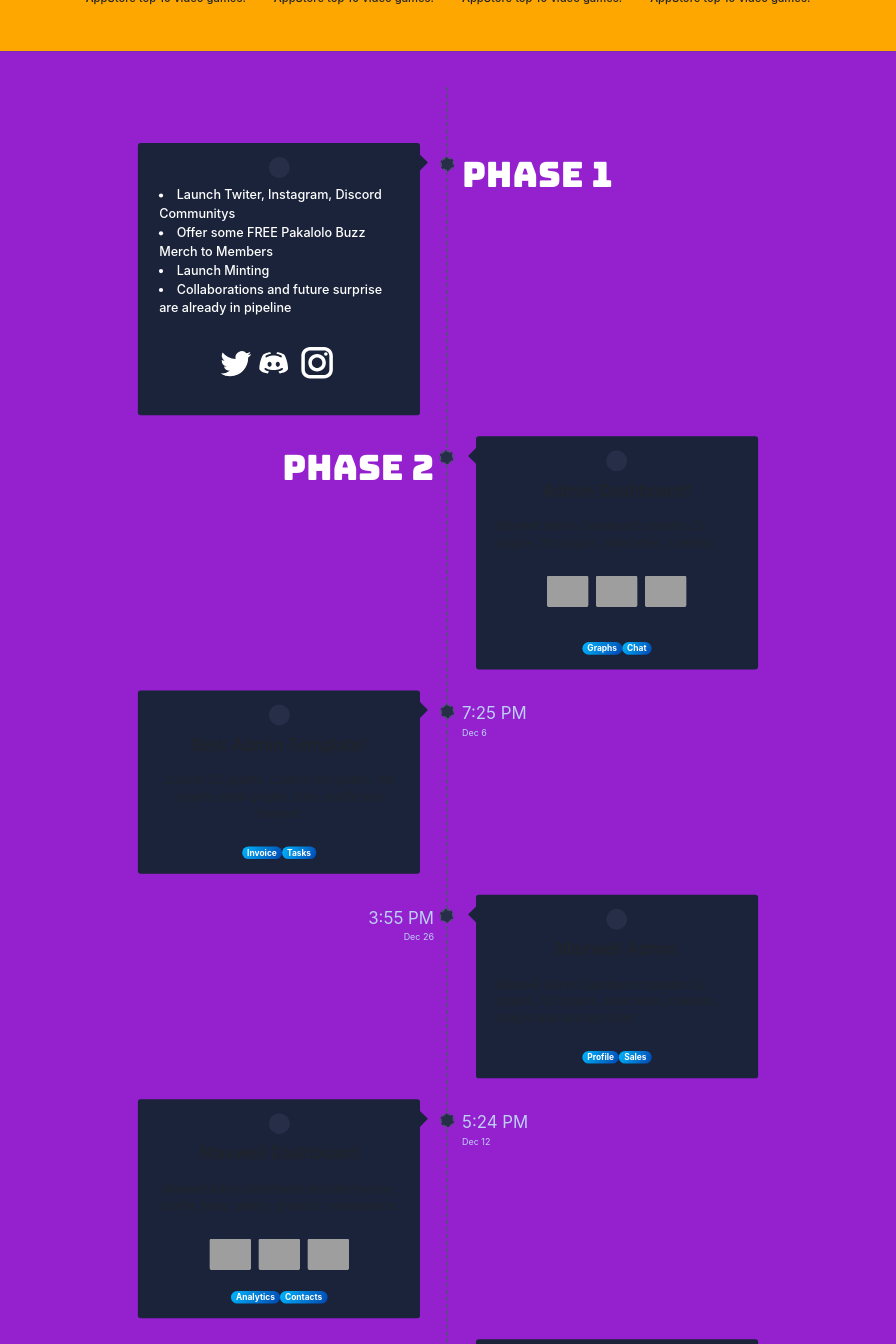
Repository: danishmahmoodawan/Pakalolo_buzz
Page: /
An editor plug-in stored every save of this project. The page is shown before and after the next save, followed by the edit.
The browser window is 1280 px wide. The pictures show the part of the page from y = 2795 to 4715 px (the page is 6752 px tall before and 6893 px after), at 70% of full size.
Pictures or frames that could not be fetched are drawn as grey boxes. The project was rebuilt for these pictures with package versions that can differ from the ones it lists, and the page was loaded fresh each time. Also part of the build but not shown: craco.config.js.

Above is the page before, as saved 2022-04-29 02:27:49.

### public/index.html
<!DOCTYPE html>
<html lang="en">
  <head>
    <meta charset="utf-8" />
    <meta name="viewport" content="width=device-width, initial-scale=1" />
    <link rel="stylesheet" href="https://cdnjs.cloudflare.com/ajax/libs/twitter-bootstrap/4.6.0/css/bootstrap.min.css">
	<link rel="stylesheet" href="https://cdnjs.cloudflare.com/ajax/libs/font-awesome/5.15.4/css/all.min.css">
	<link rel="stylesheet" href="assets/css/style.css">
	<title>Pakalolo Buzz</title>
  </head>
  <body>
    <noscript>You need to enable JavaScript to run this app.</noscript>
    <div id="root"></div>
	<script src="https://cdnjs.cloudflare.com/ajax/libs/jquery/3.5.1/jquery.slim.min.js"></script>
	<script src="https://cdnjs.cloudflare.com/ajax/libs/popper.js/1.16.1/umd/popper.min.js"></script>
	<script src="https://cdnjs.cloudflare.com/ajax/libs/twitter-bootstrap/4.6.0/js/bootstrap.min.js"></script>
  </body>
</html>

### src/pages/Home.js

import { useState, useEffect } from 'react';
function Home() {

  return (
   <>
   <div className="cotainer bg-nav" style={{paddingLeft: "10%",paddingRight: "10%"}}>
            <nav className="navbar navbar-expand-lg navbar-light ">
                <a className="navbar-brand" href="#"><img className="logo_s" src="assets/images/logo.png"/></a>
                <button className="navbar-toggler" type="button" data-toggle="collapse" data-target="#navbarText" aria-controls="navbarText" aria-expanded="false" aria-label="Toggle navigation">
                    <span className="navbar-toggler-icon"></span>
                </button>

                <div className="collapse navbar-collapse" id="navbarText">
                    <ul className="navbar-nav ml-auto">
                        <li className="nav-item active">
                            <a className="nav-link" href="#pakaloloimg">Pakalolo</a>
                        </li>
                        <li className="nav-item">
                            <a className="nav-link" href="#about_pakalolo">About</a>
                        </li>
                        <li className="nav-item">
                            <a className="nav-link" href="#pakalolo_faq">FAQs</a>
                        </li>

                    </ul>
                    <span className="navbar-text" >
                            <a href="https://twitter.com" target={{target:"_blank"}}>
                            <img className="seicon" src="assets/images/twitter.svg"/>
                            </a>
                            <a href="https://twitter.com" target={{target:"_blank"}}>
                            <img className="seicon" src="assets/images/discord.svg"/>
                            </a>
                            <a href="https://opensea.io/collection" target={{target:"_blank"}}>
                            <img className="seicon" src="assets/images/opensea.svg"/>
                            </a>
                    </span>
                </div>
            </nav>
        </div>
        <section id="pakaloloimg" class="background_sec">
	<div class="container">
		<div class="row mt-5 mb-5">
			<div class="col-12 text-center">
				</div>
				</div>
				</div>
                </section>

	<section id="about_pakalolo" class="first_section">
	<div class="container">
		<div class="row custom_row p-5">
        <div class="col-sm-6 text-center">
        <img className="img_set" src="assets/images/images1.gif"/>
        </div>
        <div class="col-sm-6">
        <h1 className="heading_h1">Pakalolo Buzz are what?</h1>
        <p className="para_p">Pakalolo Buzz is a community driven <br/>
collection of 10k randomly generated
NFTs on the Ethereum blockchain
Each Pakalolo is totally unique and
comes with different traits and
varying in rarity. An will be as your
ticket into the first Web3 Membership
platform for profit sharing and
supporting other creative minds.</p>
        </div>

                </div>
                <div class="row custom_rows p-5 mb-5">
        <div class="col-sm-6 ">
        <h1 className="heading_h1">HOW DOES THIS WORK?</h1>
        <p className="para_p">Pakalolo Buzz holders can participate
in exclusive events, such as: NFT
claims, raffles, giveaways and much,
much more. <br/><br/>
Don't forget, all Pakalolo are special --
but some are exceptionally special.<br/>
... and the best is yet to come, check
out our roadmap below.</p>
        </div>
        <div class="col-sm-6 text-center">

<img className="img_set" src="assets/images/images1.gif"/>

        </div>

				</div>
				</div>
				</section>


                <section id="about_team" class="team_section">
	<div class="container-fluid">
		<div class="row team_row text-center">
        <div class="col-12">
        <h1 class="heading_h1 pb-5">TEAM</h1></div>
        </div>
        <div class="row">
        <div class="col-sm-12 col-md-6 col-lg-3 text-center">
      <div class="member_card">
        <div class="member_image"><img className="img_sm" src="assets/images/team_mikael.png"/>
        <div class="team-socials">
<a href="https://twitter.com" target={{target:"_blank"}}>
                            <img className="seicon" src="assets/images/twitter.svg"/>
                            </a>
                            </div> </div>
        <div class="content_member">
        <h3 class="member_name">kickRRR / Mikael Tyrsen</h3>
        <h3 class="member_disg">Creative Director</h3>
        <span class="member_bio">Mikael Tyrsen is an award winning Los Angeles based Director inspired to bring big ideas to life through creative filmmaking. Former co-founder of Umbrella Games. Creator of Monster Merge & other AppStore top 10 video games.</span>
        </div>

        </div>
       </div>

         <div class="col-sm-12 col-md-6 col-lg-3 text-center">
      <div class="member_card">
        <div class="member_image"><img className="img_sm" src="assets/images/team_mikael.png"/>
        <div class="team-socials">
<a href="https://twitter.com" target={{target:"_blank"}}>
                            <img className="seicon" src="assets/images/twitter.svg"/>
                            </a>
                            </div> </div>
        <div class="content_member">
        <h3 class="member_name">kickRRR / Mikael Tyrsen</h3>
        <h3 class="member_disg">Creative Director</h3>
        <span class="member_bio">Mikael Tyrsen is an award winning Los Angeles based Director inspired to bring big ideas to life through creative filmmaking. Former co-founder of Umbrella Games. Creator of Monster Merge & other AppStore top 10 video games.</span>
        </div>

        </div>
       </div>


         <div class="col-sm-12 col-md-6 col-lg-3 text-center">
      <div class="member_card">
        <div class="member_image"><img className="img_sm" src="assets/images/team_mikael.png"/>
        <div class="team-socials">
<a href="https://twitter.com" target={{target:"_blank"}}>
                            <img className="seicon" src="assets/images/twitter.svg"/>
                            </a>
                            </div> </div>
        <div class="content_member">
        <h3 class="member_name">kickRRR / Mikael Tyrsen</h3>
        <h3 class="member_disg">Creative Director</h3>
        <span class="member_bio">Mikael Tyrsen is an award winning Los Angeles based Director inspired to bring big ideas to life through creative filmmaking. Former co-founder of Umbrella Games. Creator of Monster Merge & other AppStore top 10 video games.</span>
        </div>

        </div>
       </div>


         <div class="col-sm-12 col-md-6 col-lg-3 text-center">
      <div class="member_card">
        <div class="member_image"><img className="img_sm" src="assets/images/team_mikael.png"/>
        <div class="team-socials">
<a href="https://twitter.com" target={{target:"_blank"}}>
                            <img className="seicon" src="assets/images/twitter.svg"/>
                            </a>
                            </div> </div>
        <div class="content_member">
        <h3 class="member_name">kickRRR / Mikael Tyrsen</h3>
        <h3 class="member_disg">Creative Director</h3>
        <span class="member_bio">Mikael Tyrsen is an award winning Los Angeles based Director inspired to bring big ideas to life through creative filmmaking. Former co-founder of Umbrella Games. Creator of Monster Merge & other AppStore top 10 video games.</span>
        </div>

        </div>
       </div>

                </div>

				</div>
				</section>

  <section id="roadmap" class="roadmap">
  <div class="container-fluid">
<div class="timeline">
		<div class="timeline-row">
			<div class="timeline-time">
				<h3 class="heading_h1 ">Phase 1</h3>
			</div>
			<div class="timeline-content">
				<i class="icon-attachment"></i>
				<p class="timeline_phase text-left">
                <li>Launch Twiter, Instagram, Discord Communitys</li>
                <li>Offer some FREE Pakalolo Buzz Merch to Members</li>
                <li>Launch Minting</li>
                <li>Collaborations and future surprise are already in pipeline</li>

                </p>
				<div class="thumbs">
                <img className="seicn cbw img-fluid" src="assets/images/twitter.svg"/>
                <img className="seicn cbw" src="assets/images/discord.svg"/>
                <img className="seicn " src="assets/images/icon/icons8-instagram.svg"/>
				</div>
			</div>
		</div>

		<div class="timeline-row">
			<div class="timeline-time">
            <h3 class="heading_h1 ">Phase 2</h3>
			</div>
			<div class="timeline-content">
				<i class="icon-code"></i>
				<h4>Admin Dashboard!</h4>
				<p>
					Maxwell Admin Dashboard contains C3 graphs, flot graphs, data tables, calendar.
				</p>
				<div class="thumbs">
					<div class="thumbs">
					<img class="img-fluid rounded" src="https://bootdey.com/img/Content/avatar/avatar1.png" alt="Maxwell Admin" />
					<img class="img-fluid rounded" src="https://bootdey.com/img/Content/avatar/avatar2.png" alt="Maxwell Admin" />
					<img class="img-fluid rounded" src="https://bootdey.com/img/Content/avatar/avatar3.png" alt="Maxwell Admin" />
				</div>
				</div>
				<div class="">
					<span class="badge badge-pill">Graphs</span>
					<span class="badge badge-pill">Chat</span>
				</div>
			</div>
		</div>

		<div class="timeline-row">
			<div class="timeline-time">
				7:25 PM<small>Dec 6</small>
			</div>
			<div class="timeline-content">
				<i class="icon-turned_in_not"></i>
				<h4>Best Admin Template!</h4>
				<p>Custom C3 graphs, Custom flot graphs, flot graphs, small graphs, Sass, profile and timeline.</p>
				<div>
					<span class="badge badge-pill">Invoice</span>
					<span class="badge badge-pill">Tasks</span>
				</div>
			</div>
		</div>

		<div class="timeline-row">
			<div class="timeline-time">
				3:55 PM<small>Dec 26</small>
			</div>
			<div class="timeline-content">
				<i class="icon-directions"></i>
				<h4>Maxwell Admin</h4>
				<p>Maxwell Admin Dashboard contains C3 graphs, flot graphs, data tables, calendar, drag &amp; drop and ion slider.</p>
				<div>
					<span class="badge badge-pill">Profile</span>
					<span class="badge badge-pill">Sales</span>
				</div>
			</div>
		</div>

		<div class="timeline-row">
			<div class="timeline-time">
				5:24 PM<small>Dec 12</small>
			</div>
			<div class="timeline-content">
				<i class="icon-change_history"></i>
				<h4>Maxwell Dashboard</h4>
				<p class="no-margin">Maxwell Admin dashboard includes invoice, profile, tasks, gallery, projects, maintanence.</p>
				<div class="thumbs">
					<img class="img-fluid rounded" src="https://bootdey.com/img/Content/avatar/avatar7.png" alt="Maxwell Admin" />
					<img class="img-fluid rounded" src="https://bootdey.com/img/Content/avatar/avatar6.png" alt="Maxwell Admin" />
					<img class="img-fluid rounded" src="https://bootdey.com/img/Content/avatar/avatar5.png" alt="Maxwell Admin" />
				</div>
				<div>
					<span class="badge badge-pill">Analytics</span>
					<span class="badge badge-pill">Contacts</span>
				</div>
			</div>
		</div>

		<div class="timeline-row">
			<div class="timeline-time">
				8:00 AM<small>Dec 18</small>
			</div>
			<div class="timeline-content">
				<i class="icon-code"></i>
				<h4>Admin Dashboard!</h4>
				<p>
					Maxwell Admin Dashboard contains C3 graphs, flot graphs, data tables, calendar.
				</p>
				<div class="thumbs">
					<img class="img-fluid rounded" src="https://bootdey.com/img/Content/avatar/avatar7.png" alt="Maxwell Admin" />
					<img class="img-fluid rounded" src="https://bootdey.com/img/Content/avatar/avatar4.png" alt="Maxwell Admin" />
					<img class="img-fluid rounded" src="https://bootdey.com/img/Content/avatar/avatar3.png" alt="Maxwell Admin" />
				</div>
				<div class="">
					<span class="badge badge-pill">Ecommerce</span>
					<span class="badge badge-pill">CRM</span>
				</div>
			</div>
		</div>

		<div class="timeline-row">
			<div class="timeline-time">
				7:45PM<small>Dec 21</small>
			</div>
			<div class="timeline-content">
				<i class="icon-attachment"></i>
				<h4>Admin Template!</h4>
				<p>Maxwell Admin Dashboard contains C3 graphs, flot graphs, data tables, calendar, drag &amp; drop and ion slider.</p>
				<div class="thumbs">
					<img class="img-fluid rounded" src="https://bootdey.com/img/Content/avatar/avatar2.png" alt="Maxwell Admin" />
					<img class="img-fluid rounded" src="https://bootdey.com/img/Content/avatar/avatar3.png" alt="Maxwell Admin" />
				</div>
				<div class="">
					<span class="badge badge-pill">Orders</span>
					<span class="badge badge-pill">Sales</span>
				</div>
			</div>
		</div>

		<div class="timeline-row">
			<div class="timeline-content">
				<p class="m-0">Loading...</p>
			</div>
		</div>

	</div>
</div>

        </section>


                <section  id="pakalolo_faq" class="faq_section">
	<div class="container">
		<div class="row faq_row p-5">
        <div class="col-sm-12">
        <h1 class="heading_h1 pb-3">Frequently Asked Questions  </h1>
        <div id="accordion">
               <div class="card">
                  <div class="card-header" id="headingOne">
                     <h5 class="mb-0">
                     <i class="fas fa-circle circle_color"></i>           <button class="btn btn-link" data-toggle="collapse" data-target="#collapseOne" aria-expanded="true" aria-controls="collapseOne">
                     What are NFTs?                        </button>
                     </h5>
                  </div>
                  <div id="collapseOne" class="collapse show" aria-labelledby="headingOne" data-parent="#accordion">
                     <div class="card-body">
<p>A non-fungible token (NFT) is a non-interchangeable unit of
data stored on a blockchain, a form of digital ledger, that can
be sold and traded.
NFTs may be associated with digital files such as photos,
videos, and audio. Because each token is uniquely identifiable,
NFTs differ from blockchain cryptocurrencies, such as
Bitcoin.</p>
                     </div>
                  </div>
               </div>
               <div class="card">
                  <div class="card-header" id="headingTwo">
                     <h5 class="mb-0">
                     <i class="fas fa-circle circle_color"></i>
                        <button class="btn btn-link collapsed" data-toggle="collapse" data-target="#collapseTwo" aria-expanded="false" aria-controls="collapseTwo">
                        What is Ethereum?
                         </button>
                     </h5>
                  </div>
                  <div id="collapseTwo" class="collapse" aria-labelledby="headingTwo" data-parent="#accordion">
                     <div class="card-body">
                     Ethereum is the community-run technology powering the
cryptocurrency ether (ETH) and thousands of decentralized
applications. Learn more on ethereum.org
                                          </div>
                  </div>
               </div>
               <div class="card">
                  <div class="card-header" id="headingThree">
                     <h5 class="mb-0">
                     <i class="fas fa-circle circle_color"></i> <button class="btn btn-link collapsed" data-toggle="collapse" data-target="#collapseThree" aria-expanded="false" aria-controls="collapseThree">
                     What Wallets are Supported?
                        	  </button>
                     </h5>
                  </div>
                  <div id="collapseThree" class="collapse" aria-labelledby="headingThree" data-parent="#accordion">
                     <div class="card-body">
                     We recommend using MetaMask, which can be downloaded
from the MetaMask website. We support both the browser
plugin and the mobile apps.
We also integrate with WalletConnect, which supports a
number of wallets. The full list can be found on
the WalletConnect website.                    </div>
                  </div>
               </div>
               <div class="card">
                  <div class="card-header" id="headingThre">
                     <h5 class="mb-0">
                     <i class="fas fa-circle circle_color"></i>
                        <button class="btn btn-link collapsed" data-toggle="collapse" data-target="#collapseThre" aria-expanded="false" aria-controls="collapseThree">
                        Where does my NFT go after I purchase a Pakalolo Buzz?
                        </button>
                     </h5>
                  </div>
                  <div id="collapseThre" class="collapse" aria-labelledby="headingThre" data-parent="#accordion">
                     <div class="card-body">
                     Your wallet will own the NFT. You will be able to see the
contents of your wallet on your OpenSea profile, and some
wallets display your NFTs as well.
</div>                  </div>
               </div>
               <div class="card">
                  <div class="card-header" id="headingThreew">
                     <h5 class="mb-0">
                     <i class="fas fa-circle circle_color"></i>  <button class="btn btn-link collapsed" data-toggle="collapse" data-target="#collapseThreew" aria-expanded="false" aria-controls="collapseThree">
                      Sounds awesome - How do I get involved?
                       	</button>
                     </h5>
                  </div>
                  <div id="collapseThreew" class="collapse" aria-labelledby="headingThreew" data-parent="#accordion">
                     <div class="card-body">
                     A great place to start is our Discord, home to a very large and
very active community of Pakalolo enthusiasts. You don't need
to be a Pakalolo holder to join us there! All are welcome to
jump into the conversation, let us know your ideas, and hang
out with many others who like the Buzz!
</div>
                  </div>
               </div>
               <div class="card">
                  <div class="card-header" id="headingThre">
                     <h5 class="mb-0">
                     <i class="fas fa-circle circle_color"></i>
                        <button class="btn btn-link collapsed" data-toggle="collapse" data-target="#collapseThret" aria-expanded="false" aria-controls="collapseThree">
                        Are Pakalolo a good investment?
                        </button>
                     </h5>
                  </div>
                  <div id="collapseThret" class="collapse" aria-labelledby="headingThre" data-parent="#accordion">
                     <div class="card-body">
                     The success of the project depends on many factors. We do
not have a crystal ball so it is impossible to know how it will
go. We strongly believe in our project and think it has a bright
future ahead, but ultimately you will have to decide for
yourself. <br />
Only spend money if you can afford it!
</div>                  </div>
               </div>
               <div class="card">
                  <div class="card-header" id="headingThre">
                     <h5 class="mb-0">
                     <i class="fas fa-circle circle_color"></i>
                        <button class="btn btn-link collapsed" data-toggle="collapse" data-target="#collapseThres" aria-expanded="false" aria-controls="collapseThree">
                        Where did PakaloloBuzz come from?
                        </button>
                     </h5>
                  </div>
                  <div id="collapseThres" class="collapse" aria-labelledby="headingThre" data-parent="#accordion">
                     <div class="card-body">
                     Our team comes from a group of business Men and Women,
that have a number business under their belt. We are looking
to bring a different way for people to make money in the NFT
Web3 marketplace. We are partnering on this project with —-
who is a great artist.
</div>                  </div>
               </div>


        </div>
        </div>

                </div>
                </div>
				</section>
                                <section  id="footer" class="footer_section">
	<div class="container">
		<div class="row faq_row pt-5 pb-3">
        <div class="col-sm-12 text-center">
        <h1 className="heading_h1">PAKALOLO BUZZ </h1>

        <div className="main-block pb-3">
                   <a href="https://twitter.com" target={{target:"_blank"}}>
                   <img className="seicn cbw" src="assets/images/twitter.svg"/>
                   </a>

                   <a href="https://discord.com" target={{target:"_blank"}}>
                   <img className="seicn cbw" src="assets/images/discord.svg"/>
                            </a>
                   <a href="https://opensea.io/collection" target={{target:"_blank"}}>
                   <img className="seicn cbw" src="assets/images/opensea.svg"/>

                    </a>
                   </div>
                   <p className="para"> © COPYRIGHT 2022 PAKALOLO BUZZ | ALL RIGHTS RESERVED ® </p>
        </div>
        </div>
        </div>
        </section>
	</>
  );
}

export default Home;

Loaded but not shown: src/index.js (common file); src/index.css (common file); src/App.js (common file); src/reportWebVitals.js (common file); public/assets/css/style.css (462 lines, source omitted)

After the next save:
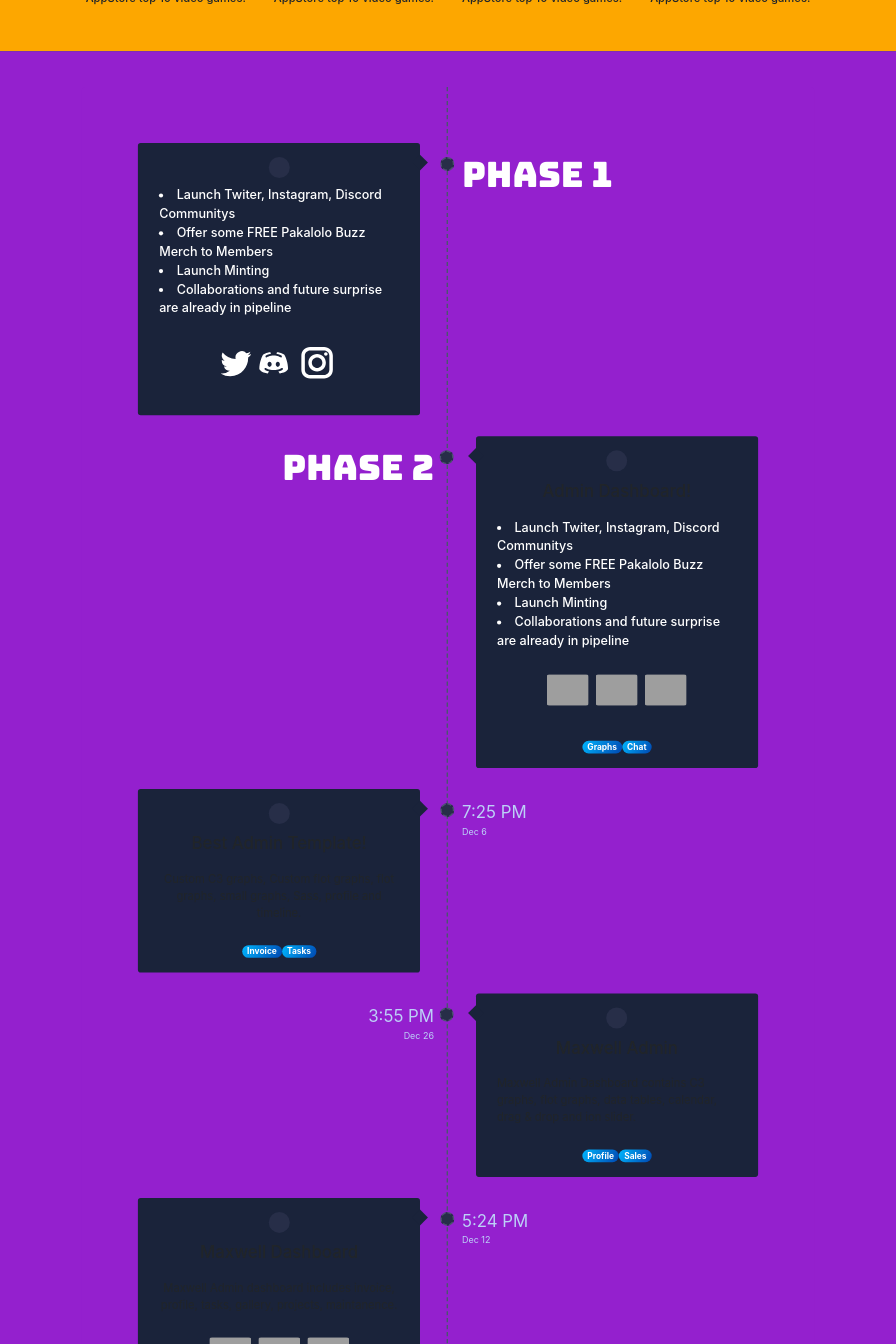
Saved 13 s later.
--- a/src/pages/Home.js
+++ b/src/pages/Home.js
@@ -203,9 +203,13 @@
 			<div class="timeline-content">
 				<i class="icon-code"></i>
 				<h4>Admin Dashboard!</h4>
-				<p>
-					Maxwell Admin Dashboard contains C3 graphs, flot graphs, data tables, calendar.
-				</p>
+				<p class="timeline_phase text-left">
+                <li>Launch Twiter, Instagram, Discord Communitys</li>
+                <li>Offer some FREE Pakalolo Buzz Merch to Members</li>
+                <li>Launch Minting</li>
+                <li>Collaborations and future surprise are already in pipeline</li>
+
+                </p>
 				<div class="thumbs">
 					<div class="thumbs">
 					<img class="img-fluid rounded" src="https://bootdey.com/img/Content/avatar/avatar1.png" alt="Maxwell Admin" />
